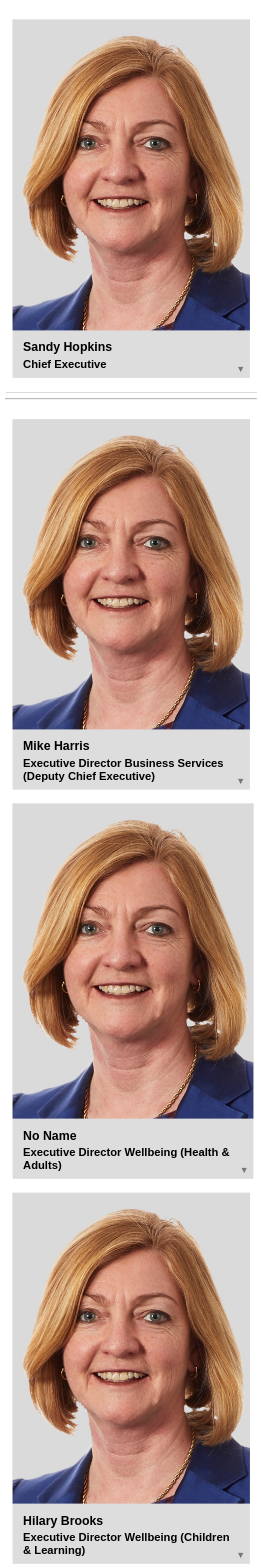
Repository: DigitalExperienceTeam/management
Page: index.html
The author's editor kept a record of every edit. The page is drawn from the files as they stood at one moment, then again after the next edit.
The browser window is 375 px wide. The pictures show the part of the page from y = 0 to 2240 px (the page is 3888 px tall before and 2484 px after), at 70% of full size.

Above is the page before.

After the next edit:
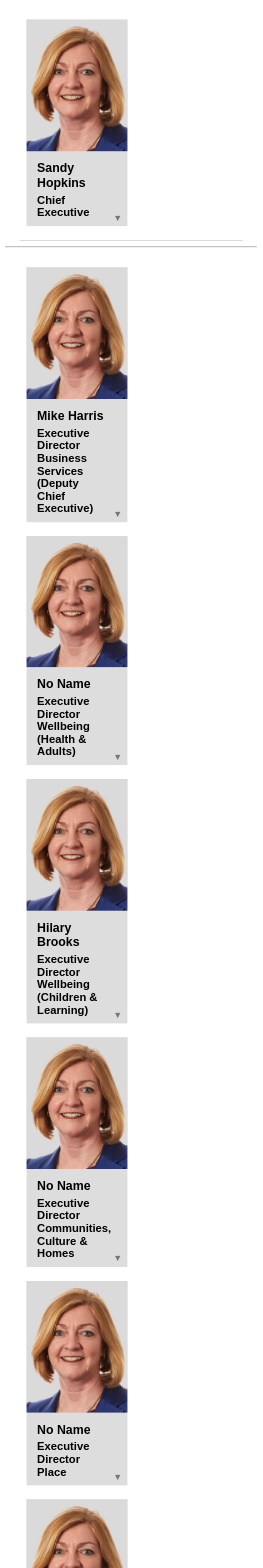
The edit:
--- a/style.css
+++ b/style.css
@@ -122,8 +122,13 @@
 
 @media only screen and (max-width: 470px) {
 
-.profile {
+.profiles-wrapper {
+    margin:0 20px;
+}
+
+profile {
     width: 100%;
+    margin: 15px;
 }
 
 
